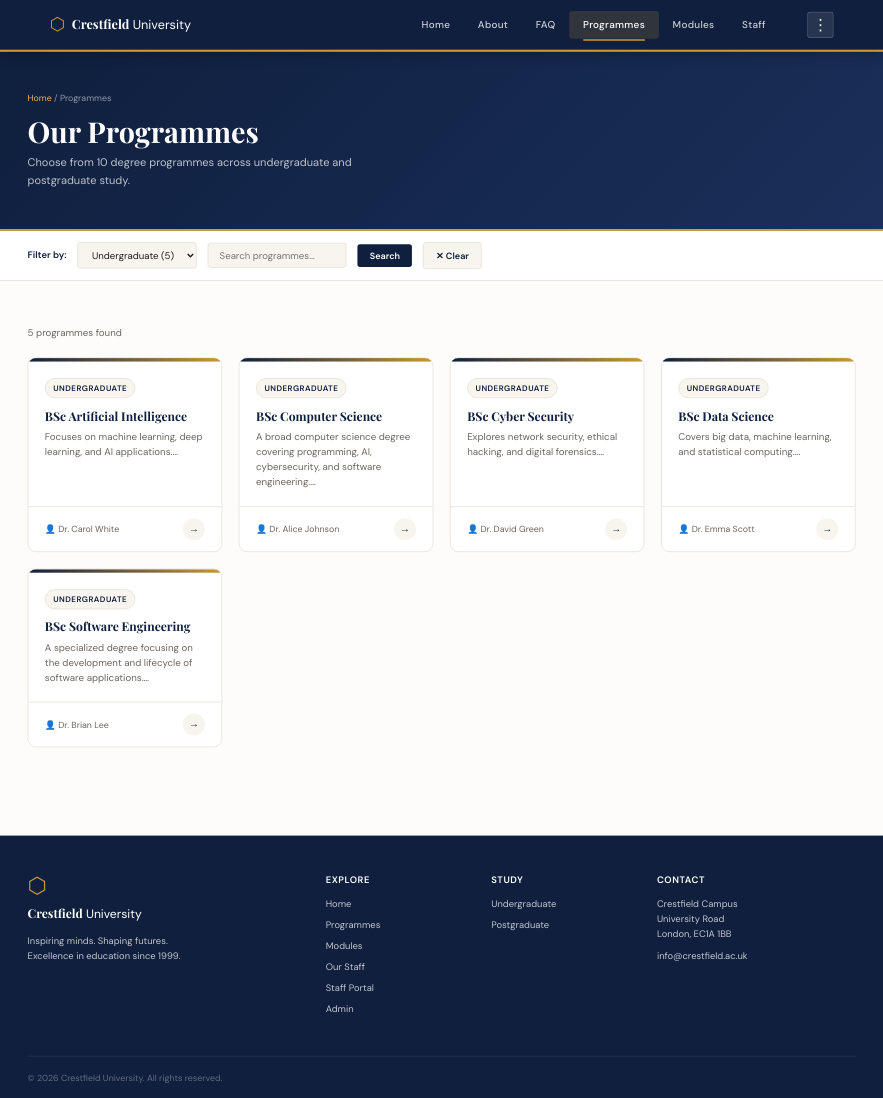
Repository: dowrinprity-blip/Web-Project
Page: http://localhost/University/programmes.php?level=1
The author's editor kept a copy of each file at every save. The page is drawn from the files as they stood at one save, then again after a run of saves.
The browser window is 1280 px wide. The pictures show the whole page, at 69% of full size.
Pictures or frames that could not be fetched are drawn as grey boxes. The page is run by PHP 8.4 with error messages shown; the project is at /var/www/html/. The database holds what the project's SQL file puts in it.

Above is the page before, as saved 2026-03-25 20:02:52.

### programmes.php
<?php
require_once 'includes/db.php';
$page_title = 'Programmes';

$level_filter = isset($_GET['level']) ? (int)$_GET['level'] : 0;
$search       = isset($_GET['search']) ? trim($_GET['search']) : '';

$where  = [];
$params = [];
$types  = '';

if ($level_filter > 0) {
    $where[]  = 'p.LevelID = ?';
    $params[] = $level_filter;
    $types   .= 'i';
}
if ($search !== '') {
    $where[]  = '(p.ProgrammeName LIKE ? OR p.Description LIKE ?)';
    $like      = '%' . $search . '%';
    $params[] = $like;
    $params[] = $like;
    $types   .= 'ss';
}

$sql = "SELECT p.*, l.LevelName, s.Name AS LeaderName
        FROM Programmes p
        JOIN Levels l ON p.LevelID = l.LevelID
        LEFT JOIN Staff s ON p.ProgrammeLeaderID = s.StaffID";
if ($where) $sql .= ' WHERE ' . implode(' AND ', $where);
$sql .= ' ORDER BY p.LevelID, p.ProgrammeName';

$stmt = $conn->prepare($sql);
if ($params) $stmt->bind_param($types, ...$params);
$stmt->execute();
$programmes = $stmt->get_result();

// Count per level for display
$counts = [];
$res = $conn->query("SELECT l.LevelName, COUNT(*) as c FROM Programmes p JOIN Levels l ON p.LevelID = l.LevelID GROUP BY l.LevelID");
while ($r = $res->fetch_assoc()) $counts[$r['LevelName']] = $r['c'];

include 'includes/header.php';
?>

<div class="page-hero">
    <div class="page-hero-inner">
        <div class="breadcrumb"><a href="index.php">Home</a> / Programmes</div>
        <h1>Our Programmes</h1>
        <p>Choose from <?= array_sum($counts) ?> degree programmes across undergraduate and postgraduate study.</p>
    </div>
</div>

<!-- FILTER BAR -->
<div class="filter-bar">
    <form class="filter-inner" method="GET" action="programmes.php">
        <label for="level">Filter by:</label>
        <select name="level" id="level" onchange="this.form.submit()">
            <option value="0" <?= $level_filter === 0 ? 'selected' : '' ?>>All Levels</option>
            <option value="1" <?= $level_filter === 1 ? 'selected' : '' ?>>Undergraduate (<?= $counts['Undergraduate'] ?? 0 ?>)</option>
            <option value="2" <?= $level_filter === 2 ? 'selected' : '' ?>>Postgraduate (<?= $counts['Postgraduate'] ?? 0 ?>)</option>
        </select>
        <input type="text" name="search" placeholder="Search programmes…" value="<?= htmlspecialchars($search) ?>">
        <button type="submit" class="btn btn-navy btn-sm">Search</button>
        <?php if ($level_filter || $search): ?>
            <a href="programmes.php" class="btn btn-sm" style="background:var(--cream);color:var(--navy);border:1px solid var(--border);">✕ Clear</a>
        <?php endif; ?>
    </form>
</div>

<section class="section">
    <div class="section-inner">
        <?php if ($programmes->num_rows === 0): ?>
        <div class="empty-state">
            <div class="icon">🔍</div>
            <h3>No programmes found</h3>
            <p>Try adjusting your search or filter.</p>
            <a href="programmes.php" class="btn btn-navy" style="margin-top:1rem;">View All</a>
        </div>
        <?php else: ?>
        <p style="color:var(--text-muted);font-size:.88rem;margin-bottom:1.5rem;"><?= $programmes->num_rows ?> programme<?= $programmes->num_rows !== 1 ? 's' : '' ?> found</p>

        <div class="cards-grid">
    <?php while ($prog = $programmes->fetch_assoc()): ?>
    <a href="programme_detail.php?id=<?= $prog['ProgrammeID'] ?>" class="card">
        <div class="card-colour-bar"></div>
        <div class="card-body">
            <span class="card-badge <?= $prog['LevelName'] === 'Postgraduate' ? 'pg' : '' ?>">
                <?= htmlspecialchars($prog['LevelName']) ?>
            </span>
            <h3><?= htmlspecialchars($prog['ProgrammeName']) ?></h3>
            <p><?= htmlspecialchars(substr($prog['Description'], 0, 115)) ?>…</p>
        </div>
        <div class="card-footer">
            <span class="card-footer-info">👤 <?= htmlspecialchars($prog['LeaderName']) ?></span>
            <span class="card-arrow">→</span>
        </div>
    </a>
    <?php endwhile; ?>
</div>
        <?php endif; ?>
    </div>
</section>

<?php include 'includes/footer.php'; ?>

### includes/db.php
<?php
require_once __DIR__ . '/config.php';

// Create connection
function getDBConnection() {
    $conn = new mysqli(DB_HOST, DB_USER, DB_PASS, DB_NAME);

    if ($conn->connect_error) {
        die("Connection failed: " . $conn->connect_error);
    }

    $conn->set_charset("utf8mb4");
    return $conn;
}

// Global connection
$conn = getDBConnection();

function checkDatabaseExists() {
    $conn = new mysqli(DB_HOST, DB_USER, DB_PASS);
    $result = $conn->query("SELECT SCHEMA_NAME FROM INFORMATION_SCHEMA.SCHEMATA WHERE SCHEMA_NAME = '" . DB_NAME . "'");
    return $result->num_rows > 0;
}
?>

### includes/config.php
<?php
/**
 * Central Configuration File - Load this first in all includes
 */

// ==================== BASE URL DETECTION ====================
if (!function_exists('detectBaseUrl')) {
    function detectBaseUrl() {
        $protocol = isset($_SERVER['HTTPS']) && $_SERVER['HTTPS'] === 'on' ? 'https://' : 'http://';
        $host = $_SERVER['HTTP_HOST'];
        $scriptName = $_SERVER['SCRIPT_NAME'];

        $basePath = dirname(dirname($scriptName));
        $basePath = str_replace('\\', '/', $basePath);

        if ($basePath == '/' || $basePath == '\\') {
            $basePath = '';
        }

        return rtrim($protocol . $host . $basePath, '/');
    }
}

if (!defined('BASE_URL')) {
    define('BASE_URL', 'http://localhost/University');
}

// ==================== DATABASE CONSTANTS ====================
if (!defined('DB_HOST')) {
    define('DB_HOST', 'localhost');
    define('DB_USER', 'root');
    define('DB_PASS', '');
    define('DB_NAME', 'student_course_hub');
}
?>

### includes/header.php
<?php
$current_page = basename($_SERVER['PHP_SELF']);
if (!function_exists('isStudentLoggedIn')) {
    require_once __DIR__ . '/auth.php';
}

$staffLoggedIn   = function_exists('isStaffLoggedIn')   && isStaffLoggedIn();
$studentLoggedIn = function_exists('isStudentLoggedIn') && isStudentLoggedIn();
$adminLoggedIn   = function_exists('isAdminLoggedIn')   && isAdminLoggedIn();
?>
<!DOCTYPE html>
<html lang="en">
<head>
    <meta charset="UTF-8">
    <meta name="viewport" content="width=device-width, initial-scale=1.0">
    <title><?= isset($page_title) ? htmlspecialchars($page_title) . ' — ' : '' ?>Crestfield University</title>
    <link rel="preconnect" href="https://fonts.googleapis.com">
    <link rel="preconnect" href="https://fonts.gstatic.com" crossorigin>
    <link href="https://fonts.googleapis.com/css2?family=Playfair+Display:wght@400;600;700;900&family=DM+Sans:wght@300;400;500;600&display=swap" rel="stylesheet">
    <link rel="stylesheet" href="<?= BASE_URL ?>/css/style.css">
    <style>
        .portal-menu-wrap { position: relative; margin-left: .5rem; }
        .portal-dots-btn {
            background: rgba(255,255,255,.1);
            border: 1px solid rgba(255,255,255,.2);
            color: #fff; border-radius: var(--radius);
            width: 38px; height: 38px;
            display: flex; align-items: center; justify-content: center;
            cursor: pointer; font-size: 1.4rem; transition: background .2s; flex-shrink: 0;
        }
        .portal-dots-btn:hover { background: rgba(201,150,58,.25); }
        .portal-dropdown {
            display: none; position: absolute; right: 0; top: calc(100% + 10px);
            background: #fff; border-radius: var(--radius-lg);
            box-shadow: 0 12px 40px rgba(11,29,58,.22);
            min-width: 230px; overflow: hidden; z-index: 500;
            border: 1px solid var(--border);
        }
        .portal-dropdown.open { display: block; }
        .portal-dropdown-header {
            background: var(--navy); color: rgba(255,255,255,.6);
            font-size: .68rem; font-weight: 700; letter-spacing: .1em;
            text-transform: uppercase; padding: .65rem 1.1rem;
        }
        .portal-dropdown a {
            display: flex; align-items: center; gap: .75rem;
            padding: .75rem 1.1rem; font-size: .88rem; font-weight: 500;
            color: var(--navy); border-bottom: 1px solid #f5f2ee; transition: background .15s;
        }
        .portal-dropdown a:last-child { border-bottom: none; }
        .portal-dropdown a:hover { background: #fdf9f3; }
        .portal-dropdown a .pd-icon { font-size: 1rem; width: 22px; text-align: center; }
        .portal-dropdown a .pd-label { flex: 1; }
        .portal-dropdown a .pd-arrow { font-size: .8rem; color: var(--gold); }
        .portal-dropdown a.pd-active { background: #fdf6e3; font-weight: 600; }
        .portal-dropdown a.pd-logout { color: #922b21; }
        .portal-dropdown a.pd-logout:hover { background: #fdecea; }
    </style>
</head>
<body>

<header class="site-header">
    <div class="header-inner">
        <a href="<?= BASE_URL ?>/index.php" class="logo">
            <span class="logo-crest">⬡</span>
            <span class="logo-text"><strong>Crestfield</strong> University</span>
        </a>

        <nav class="main-nav">
            <a href="<?= BASE_URL ?>/index.php"           class="<?= $current_page === 'index.php'           ? 'active' : '' ?>">Home</a>
            <a href="<?= BASE_URL ?>/index.php#about">About</a>
            <a href="<?= BASE_URL ?>/index.php#faq">FAQ</a>
            <a href="<?= BASE_URL ?>/programmes.php"      class="<?= $current_page === 'programmes.php'      ? 'active' : '' ?>">Programmes</a>
            <a href="<?= BASE_URL ?>/modules.php"         class="<?= $current_page === 'modules.php'         ? 'active' : '' ?>">Modules</a>
            <a href="<?= BASE_URL ?>/staff_directory.php" class="<?= $current_page === 'staff_directory.php' ? 'active' : '' ?>">Staff</a>
        </nav>

        <!-- 3-dot portal menu -->
        <div class="portal-menu-wrap">
            <button class="portal-dots-btn" onclick="togglePortalMenu()" aria-label="Portal menu" title="Login / My Portal">⋮</button>

            <div class="portal-dropdown" id="portal-dropdown">

                <?php if ($adminLoggedIn): ?>
                <div class="portal-dropdown-header">Admin Portal</div>
                <a href="<?= BASE_URL ?>/admin/index.php" class="pd-active">
                    <span class="pd-icon">🛡️</span><span class="pd-label">Admin Dashboard</span><span class="pd-arrow">→</span>
                </a>
                <a href="<?= BASE_URL ?>/admin/logout.php" class="pd-logout">
                    <span class="pd-icon">⏻</span><span class="pd-label">Sign Out</span>
                </a>

                <?php elseif ($staffLoggedIn): ?>
                <?php $sd = getLoggedInStaff(); ?>
                <div class="portal-dropdown-header">Staff Portal</div>
                <a href="<?= BASE_URL ?>/staff/dashboard.php" class="pd-active">
                    <span class="pd-icon">👤</span><span class="pd-label"><?= htmlspecialchars($sd['Name'] ?? 'My Portal') ?></span><span class="pd-arrow">→</span>
                </a>
                <a href="<?= BASE_URL ?>/staff/profile.php">
                    <span class="pd-icon">✏️</span><span class="pd-label">My Profile</span><span class="pd-arrow">→</span>
                </a>
                <a href="<?= BASE_URL ?>/staff/my_modules.php">
                    <span class="pd-icon">📚</span><span class="pd-label">My Modules</span><span class="pd-arrow">→</span>
                </a>
                <a href="<?= BASE_URL ?>/staff/logout.php" class="pd-logout">
                    <span class="pd-icon">⏻</span><span class="pd-label">Sign Out</span>
                </a>

                <?php elseif ($studentLoggedIn): ?>
                <?php $stu = getLoggedInStudent(); ?>
                <div class="portal-dropdown-header">Student Portal</div>
                <a href="<?= BASE_URL ?>/student/dashboard.php" class="pd-active">
                    <span class="pd-icon">🎓</span><span class="pd-label"><?= htmlspecialchars($stu['FullName'] ?? 'My Portal') ?></span><span class="pd-arrow">→</span>
                </a>
                <a href="<?= BASE_URL ?>/student/my_profile.php">
                    <span class="pd-icon">👤</span><span class="pd-label">My Profile</span><span class="pd-arrow">→</span>
                </a>
                <a href="<?= BASE_URL ?>/student/my_interests.php">
                    <span class="pd-icon">⭐</span><span class="pd-label">My Interests</span><span class="pd-arrow">→</span>
                </a>
                <a href="<?= BASE_URL ?>/student/logout.php" class="pd-logout">
                    <span class="pd-icon">⏻</span><span class="pd-label">Sign Out</span>
                </a>

                <?php else: ?>
                <a href="<?= BASE_URL ?>/my-interests.php">
    <span class="pd-icon">⭐</span>
    <span class="pd-label">View My Interests</span>
    <span class="pd-arrow">→</span>
</a>

                <div class="portal-dropdown-header">Student Access</div>
                <a href="<?= BASE_URL ?>/student/login.php">
                    <span class="pd-icon">🎓</span><span class="pd-label">Student Login</span><span class="pd-arrow">→</span>
                </a>

                <div class="portal-dropdown-header">Staff Access</div>
                <a href="<?= BASE_URL ?>/staff/login.php">
                    <span class="pd-icon">👔</span><span class="pd-label">Staff Login</span><span class="pd-arrow">→</span>
                </a>
                <div class="portal-dropdown-header">Admin Access</div>
                <a href="<?= BASE_URL ?>/admin/login.php">
                    <span class="pd-icon">🛡️</span><span class="pd-label">Admin Login</span><span class="pd-arrow">→</span>
                </a>
                <?php endif; ?>

            </div>
        </div>

        <button class="nav-toggle" onclick="document.querySelector('.main-nav').classList.toggle('open')">☰</button>
    </div>
</header>

<script>
function togglePortalMenu() {
    document.getElementById('portal-dropdown').classList.toggle('open');
}
document.addEventListener('click', function(e) {
    var wrap = document.querySelector('.portal-menu-wrap');
    if (wrap && !wrap.contains(e.target)) {
        document.getElementById('portal-dropdown').classList.remove('open');
    }
});
</script>

### includes/footer.php
<footer class="site-footer">
    <div class="footer-inner">
        <div class="footer-brand">
            <span class="logo-crest">⬡</span>
            <span class="logo-text"><strong>Crestfield</strong> University</span>
            <p>Inspiring minds. Shaping futures.<br>Excellence in education since 1999.</p>
        </div>
        <div class="footer-links">
            <h4>Explore</h4>
            <a href="<?= BASE_URL ?>/index.php">Home</a>
            <a href="<?= BASE_URL ?>/programmes.php">Programmes</a>
            <a href="<?= BASE_URL ?>/modules.php">Modules</a>
            <a href="<?= BASE_URL ?>/staff_directory.php">Our Staff</a>
            <a href="<?= BASE_URL ?>/staff_portal.php">Staff Portal</a>
            <a href="<?= BASE_URL ?>/admin/login.php">Admin</a>
        </div>
        <div class="footer-links">
            <h4>Study</h4>
            <a href="<?= BASE_URL ?>/programmes.php?level=1">Undergraduate</a>
            <a href="<?= BASE_URL ?>/programmes.php?level=2">Postgraduate</a>
        </div>
        <div class="footer-contact">
            <h4>Contact</h4>
            <p>Crestfield Campus<br>University Road<br>London, EC1A 1BB</p>
            <p>info@crestfield.ac.uk</p>
        </div>
    </div>
    <div class="footer-bottom">
        <p>&copy; <?= date('Y') ?> Crestfield University. All rights reserved.</p>
    </div>
</footer>
<script src="<?= BASE_URL ?>/js/main.js"></script>
</body>
</html>

### student_course_hub.sql (the tables this page reads)
CREATE TABLE `levels` (
  `LevelID` int(11) NOT NULL,
  `LevelName` text NOT NULL
) ENGINE=InnoDB DEFAULT CHARSET=utf8mb4 COLLATE=utf8mb4_general_ci;

INSERT INTO `levels` (`LevelID`, `LevelName`) VALUES
(0, 'Postgraduate'),
(1, 'Undergraduate'),
(2, 'Postgraduate');

ALTER TABLE `levels`
  ADD PRIMARY KEY (`LevelID`);

CREATE TABLE `programmes` (
  `ProgrammeID` int(11) NOT NULL,
  `ProgrammeName` text NOT NULL,
  `LevelID` int(11) DEFAULT NULL,
  `ProgrammeLeaderID` int(11) DEFAULT NULL,
  `Description` text DEFAULT NULL,
  `Image` text DEFAULT NULL
) ENGINE=InnoDB DEFAULT CHARSET=utf8mb4 COLLATE=utf8mb4_general_ci;

INSERT INTO `programmes` (`ProgrammeID`, `ProgrammeName`, `LevelID`, `ProgrammeLeaderID`, `Description`, `Image`) VALUES
(1, 'BSc Computer Science', 1, 1, 'A broad computer science degree covering programming, AI, cybersecurity, and software engineering.', 'uploads/programme_images/cs.jpg'),
(2, 'BSc Software Engineering', 1, 2, 'A specialized degree focusing on the development and lifecycle of software applications.', 'uploads/programme_images/se.jpg'),
(3, 'BSc Artificial Intelligence', 1, 3, 'Focuses on machine learning, deep learning, and AI applications.', 'uploads/programme_images/ai.jpg'),
(4, 'BSc Cyber Security', 1, 4, 'Explores network security, ethical hacking, and digital forensics.', 'uploads/programme_images/cyber.jpg'),
(5, 'BSc Data Science', 1, 5, 'Covers big data, machine learning, and statistical computing.', 'uploads/programme_images/ds.jpg'),
(6, 'MSc Machine Learning', 2, 11, 'A postgraduate degree focusing on deep learning, AI ethics, and neural networks.', 'uploads/programme_images/ml.jpg'),
(7, 'MSc Cyber Security', 2, 12, 'A specialized programme covering digital forensics, cyber threat intelligence, and security policy.', 'uploads/programme_images/mcs.jpg'),
(8, 'MSc Data Science', 2, 13, 'Focuses on big data analytics, cloud computing, and AI-driven insights.', 'uploads/programme_images/mds.jpg'),
(9, 'MSc Artificial Intelligence', 2, 14, 'Explores autonomous systems, AI ethics, and deep learning technologies.', 'uploads/programme_images/mai.jpg'),
(10, 'MSc Software Engineering', 2, 15, 'Emphasizes software design, blockchain applications, and cutting-edge methodologies.', 'uploads/programme_images/mse.jpg');

ALTER TABLE `programmes`
  ADD PRIMARY KEY (`ProgrammeID`),
  ADD KEY `LevelID` (`LevelID`),
  ADD KEY `ProgrammeLeaderID` (`ProgrammeLeaderID`);

ALTER TABLE `programmes`
  MODIFY `ProgrammeID` int(11) NOT NULL AUTO_INCREMENT, AUTO_INCREMENT=11;

ALTER TABLE `programmes`
  ADD CONSTRAINT `programmes_ibfk_1` FOREIGN KEY (`LevelID`) REFERENCES `levels` (`LevelID`),
  ADD CONSTRAINT `programmes_ibfk_2` FOREIGN KEY (`ProgrammeLeaderID`) REFERENCES `staff` (`StaffID`);

CREATE TABLE `staff` (
  `StaffID` int(11) NOT NULL,
  `Name` text NOT NULL,
  `Photo` varchar(255) DEFAULT NULL,
  `Bio` text DEFAULT NULL
) ENGINE=InnoDB DEFAULT CHARSET=utf8mb4 COLLATE=utf8mb4_general_ci;

INSERT INTO `staff` (`StaffID`, `Name`, `Photo`, `Bio`) VALUES
(1, 'Dr. Alice Johnson', 'alice johnson.jpg', NULL),
(2, 'Dr. Brian Lee', 'brian lee.jpg', NULL),
(3, 'Dr. Carol White', 'carol white.jpg', NULL),
(4, 'Dr. David Green', 'david green.jpg', NULL),
(5, 'Dr. Emma Scott', 'emma scott.jpg', NULL),
(6, 'Dr. Frank Moore', 'frank moore.jpg', NULL),
(7, 'Dr. Grace Adams', 'grace adams.jpg', NULL),
(8, 'Dr. Henry Clark', 'henry clark.jpg', NULL),
(9, 'Dr. Irene Hall', 'irene hall.jpg', NULL),
(10, 'Dr. James Wright', 'james wright.jpg', NULL),
(11, 'Dr. Sophia Miller', 'sophia miller.jpg', NULL),
(12, 'Dr. Benjamin Carter', 'benjamin carter.jpg', NULL),
(13, 'Dr. Chloe Thompson', 'chloe thompson.jpg', NULL),
(14, 'Dr. Daniel Robinson', 'daniel robinson.jpg', NULL),
(15, 'Dr. Emily Davis', 'emily davis.jpg', NULL),
(16, 'Dr. Nathan Hughes', 'nathan hughes.jpg', NULL),
(17, 'Dr. Olivia Martin', 'olivia martin.jpg', NULL),
(18, 'Dr. Samuel Anderson', 'samual anderson.jpg', NULL),
(19, 'Dr. Victoria Hall', 'victoria hall.jpg', NULL),
(20, 'Dr. William Scott', 'william scott.jpg', NULL);

ALTER TABLE `staff`
  ADD PRIMARY KEY (`StaffID`);

Loaded but not shown: js/main.js (22 lines, source omitted); css/style.css (525 lines, source omitted); includes/auth.php (554 lines, source omitted)

After the next 2 saves:
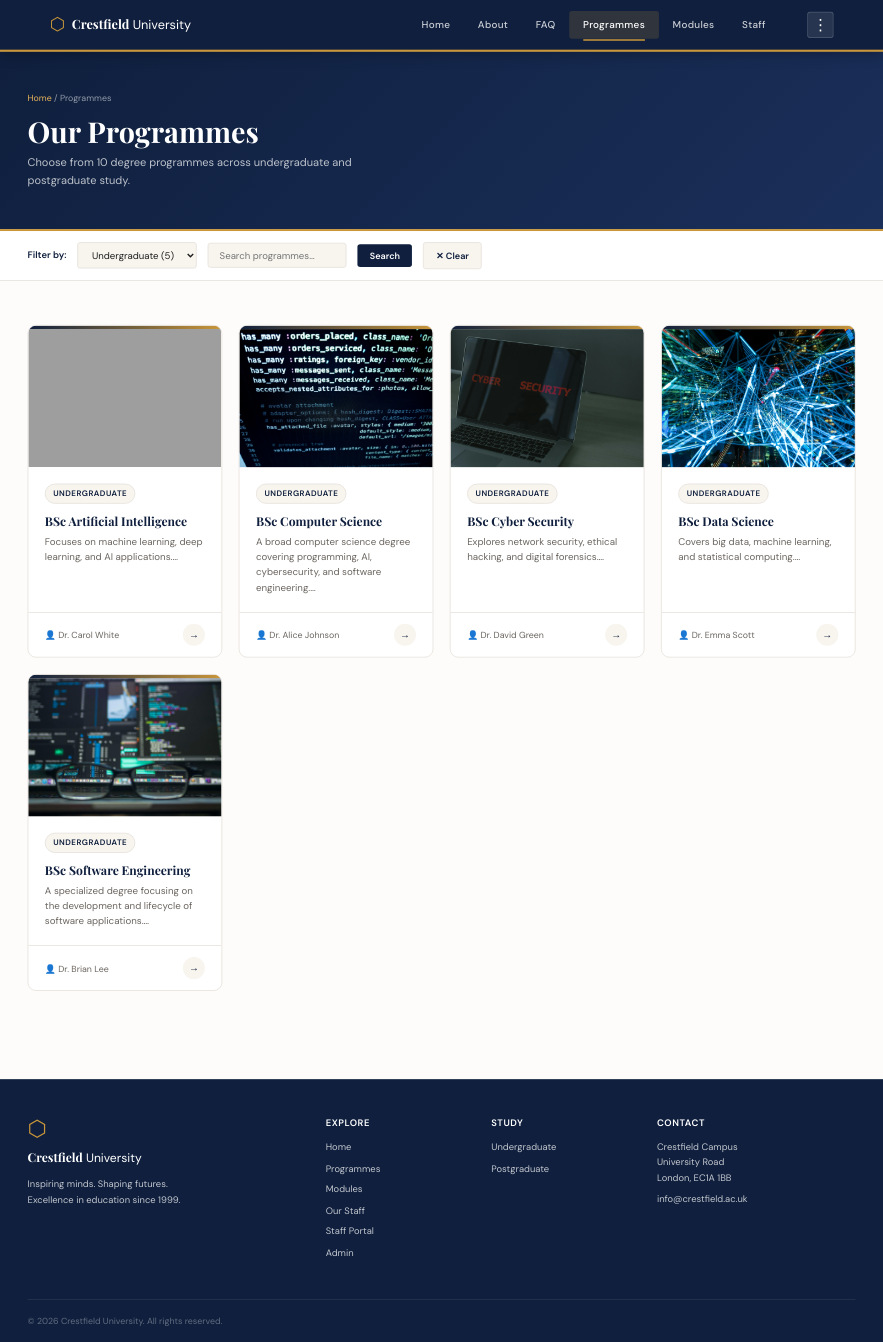
The 2 saves are shown as one change because they came seconds apart.
The last was saved 88 s later.
--- a/programmes.php
+++ b/programmes.php
@@ -22,6 +22,7 @@ if ($search !== '') {
     $types   .= 'ss';
 }
 
+// Fetch programmes with image and leader
 $sql = "SELECT p.*, l.LevelName, s.Name AS LeaderName
         FROM Programmes p
         JOIN Levels l ON p.LevelID = l.LevelID
@@ -77,26 +78,29 @@ include 'includes/header.php';
             <a href="programmes.php" class="btn btn-navy" style="margin-top:1rem;">View All</a>
         </div>
         <?php else: ?>
-        <p style="color:var(--text-muted);font-size:.88rem;margin-bottom:1.5rem;"><?= $programmes->num_rows ?> programme<?= $programmes->num_rows !== 1 ? 's' : '' ?> found</p>
-
         <div class="cards-grid">
-    <?php while ($prog = $programmes->fetch_assoc()): ?>
-    <a href="programme_detail.php?id=<?= $prog['ProgrammeID'] ?>" class="card">
-        <div class="card-colour-bar"></div>
-        <div class="card-body">
-            <span class="card-badge <?= $prog['LevelName'] === 'Postgraduate' ? 'pg' : '' ?>">
-                <?= htmlspecialchars($prog['LevelName']) ?>
-            </span>
-            <h3><?= htmlspecialchars($prog['ProgrammeName']) ?></h3>
-            <p><?= htmlspecialchars(substr($prog['Description'], 0, 115)) ?>…</p>
+            <?php while ($prog = $programmes->fetch_assoc()): ?>
+            <a href="programme_detail.php?id=<?= $prog['ProgrammeID'] ?>" class="card">
+                <div class="card-colour-bar"></div>
+                <?php if (!empty($prog['Image'])): ?>
+                <div class="card-image">
+                    <img src="<?= htmlspecialchars($prog['Image']) ?>" alt="<?= htmlspecialchars($prog['ProgrammeName']) ?>" style="width:100%;height:200px;object-fit:cover;">
+                </div>
+                <?php endif; ?>
+                <div class="card-body">
+                    <span class="card-badge <?= $prog['LevelName'] === 'Postgraduate' ? 'pg' : '' ?>">
+                        <?= htmlspecialchars($prog['LevelName']) ?>
+                    </span>
+                    <h3><?= htmlspecialchars($prog['ProgrammeName']) ?></h3>
+                    <p><?= htmlspecialchars(substr($prog['Description'], 0, 120)) ?>…</p>
+                </div>
+                <div class="card-footer">
+                    <span class="card-footer-info">👤 <?= htmlspecialchars($prog['LeaderName']) ?></span>
+                    <span class="card-arrow">→</span>
+                </div>
+            </a>
+            <?php endwhile; ?>
         </div>
-        <div class="card-footer">
-            <span class="card-footer-info">👤 <?= htmlspecialchars($prog['LeaderName']) ?></span>
-            <span class="card-arrow">→</span>
-        </div>
-    </a>
-    <?php endwhile; ?>
-</div>
         <?php endif; ?>
     </div>
 </section>
